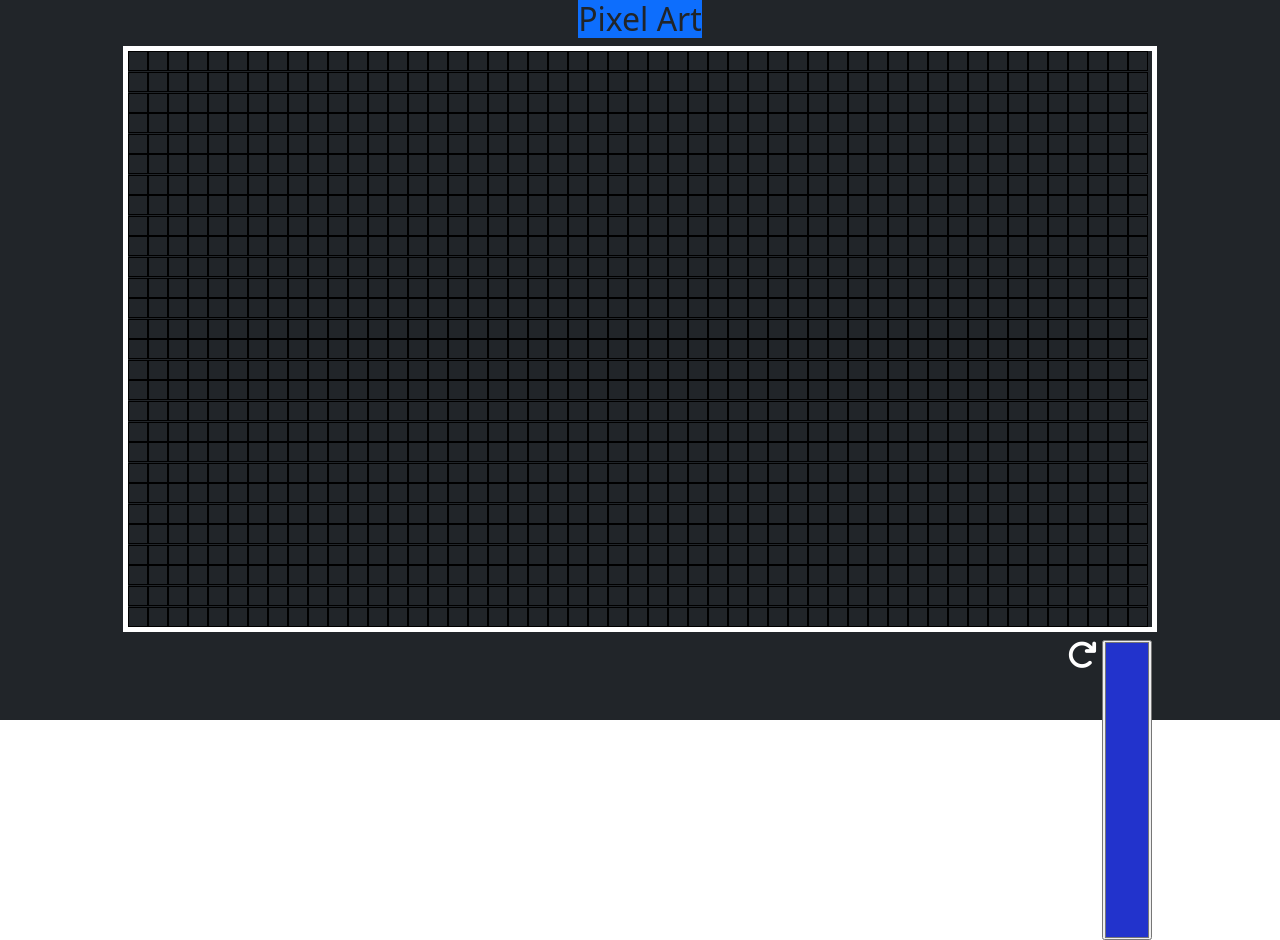
Repository: bechara611/pixelartdb
Page: /
The author's editor kept a copy of each file at every save. The page is drawn from the files as they stood at one save, then again after the next save.
The browser window is 1280 px wide. The pictures show the whole page.
Some web libraries are served in a nearby version. The project was rebuilt for these pictures with package versions that can differ from the ones it lists, and the page was loaded fresh each time. Also part of the build but not shown: vite.config.js.

Above is the page before, as saved 2023-03-07 14:13:32.

### index.html
<!DOCTYPE html>
<html lang="en">
  <head>
    <meta charset="UTF-8" />
    <link rel="icon" type="image/svg+xml" href="/vite.svg" />
    <meta name="viewport" content="width=device-width, initial-scale=1.0" />
    <title>Vite + React</title>

    <link rel="stylesheet" href="https://cdnjs.cloudflare.com/ajax/libs/font-awesome/6.3.0/css/all.min.css">
  </head>
  <body>
    <div id="root"></div>
    <script type="module" src="/src/main.jsx"></script>
  </body>
</html>

### src/main.jsx
import React from 'react'
import ReactDOM from 'react-dom/client'
import App from './App'
import 'bootstrap/dist/css/bootstrap.min.css'
import 'bootstrap/dist/js/bootstrap.bundle.js'

ReactDOM.createRoot(document.getElementById('root')).render(

    <App />

)

### src/App.jsx

import { useEffect, useState } from 'react'
import './App.css'
import { SelectableGroup } from 'react-selectable-fast'
import { Pixel } from './Pixel'

const App = () => {
  const [pixels, setPixels] = useState([])
  const [isSelecting, setIsSelecting] = useState(false)
  const [startIndex, setStartIndex] = useState(null)
  const [colorActual, setcolorActual] = useState('#2233cc')

  useEffect(() => {
    let contenedor = document.getElementById('contenedor')
    let divsAloAlto = Math.floor(contenedor.offsetHeight / 20)
    let divsAlOancho = Math.floor(contenedor.offsetWidth / 20);
    //para saber cuantos divs necesita un contenedor multiplica el numero de divs a lo alto * el numero de divds a lo ancho
    setPixels(Array.from({ length: divsAloAlto * divsAlOancho }, () => { return { active: false, color: colorActual } }))

  }, [])

  const funcionArray = (index) => {
    let nuevoArray = [...pixels]
    nuevoArray[index] = { active: true, color: colorActual }
    setPixels(nuevoArray)
  }

  useEffect(() => {
    //console.log({ pixels })
  }, [pixels])

  const onMouseDown = (index) => {
    setIsSelecting(true);
    setStartIndex(index)
    // console.log('onMouseDown')
  }


  const onMouseOver2 = (index) => {
    if (isSelecting) {
      const pixelsupdated = [...pixels]
      pixelsupdated[index] = { ...pixelsupdated[index], active: true, color: colorActual }

      setPixels(pixelsupdated)

    }
    // console.log('onMouseOver')
  }
  const onMouseUp2 = (index) => {
    setIsSelecting(false)

  }
  return (
    <>
      <div className="bg-dark fondo">
        <div className="col-12 contenedor-05 ">
          <div className="contenedor-mayor header">
            <h2 className='bg-primary'>Pixel Art</h2>

          </div>
        </div>
        <div className="contenedor-mayor ">
          <div className="contorno">
            <div className="contenedor " id='contenedor'>

              {

                pixels.map((a, index) => {
                  return <Pixel key={index}
                    color={a.color}
                    active={a.active}
                    funcion={() => funcionArray(index)}
                    onMouseDown={() => { onMouseDown(index) }}
                    onMouseUp={() => { onMouseUp2(index) }}
                    onMouseOver={() => { onMouseOver2(index) }}
                  ></Pixel>
                })

              }

            </div>
          </div>
        </div>
        <div className="col-12 contenedor-05  ">
          <div className="derecha mt-2">
          <i className="fa-solid fa-arrow-rotate-right  icono"></i>
            <input type="color" className='selector' value={colorActual}  onChange={(e) => { setcolorActual(e.target.value) }} />
          </div>
        </div>
      </div>
    </>
  )
}

export default App

### src/App.css
.fondo {
  height: 100vh;

}

.contorno {
  border: 5px solid white;
}

.contenedor-mayor {
  display: flex;
  flex-direction: row;
  justify-content: center;
  justify-self: center;
  align-items: center;

}

.contenedor-mayor2 {
  width: 80vw;
  align-self: center;
  display: flex;
  flex-direction: row;
  justify-content: space-between;
}

.contenedor-05 {
  display: flex;
  flex-direction: row;
  justify-content: center;
}

.derecha {
  width: 80vw;
  align-self: center;
  display: flex;
  flex-direction: row;
  justify-content: flex-end;
}

.pixel {
  width: 20px;
  height: 20px;
  border: 1px solid rgb(0, 0, 0);

  box-sizing: border-box;

}

.active {
  background: transparent;
}

.contenedor {

  display: flex;
  flex-direction: row;
  flex-wrap: wrap;
  width: 80vw;
  height: 80vh;
  max-width: 80vw;
  max-height: 80vh;
}

.icono {
  font-size: 30px;
  color: white;
  margin-right: 5px;
}

@keyframes rotar {
  from {
    transform: rotate(32deg);
  }

  to {
    transform: rotate(360deg);
  }
}

.icono:hover {
  color: rgb(171, 193, 216);
  cursor: pointer;
  animation-name: rotar;
  animation-duration: 1s;
  transition: all 1s ease;
  animation-iteration-count: infinite;
}

.selector{
  height: 300px;
}

### src/Pixel.jsx
import React, { useState } from 'react'
import './App.css'
import {selectableGroup, createSelectable} from 'react-selectable-fast'
export const Pixel = (props) => {
    const [isActive, setisActive] = useState(false)
  return (

 <div className={`pixel ${props.active ? 'active' : ''}`} style={{ background:props.active ? props.color : ''}}
 onClick={()=>{
    setisActive(!isActive)
    props.funcion();
}}
onMouseDown={()=>{props.onMouseDown()}}
onMouseUp={()=>{props.onMouseUp()}}
onTouchEnd={()=>{props.onMouseUp()}}
onMouseOver={()=>{props.onMouseOver()}}
onTouchStart={()=>{{
    props.onMouseDown()
    props.onMouseOver()}}}
 >

 </div>
  )
}

After the next save:
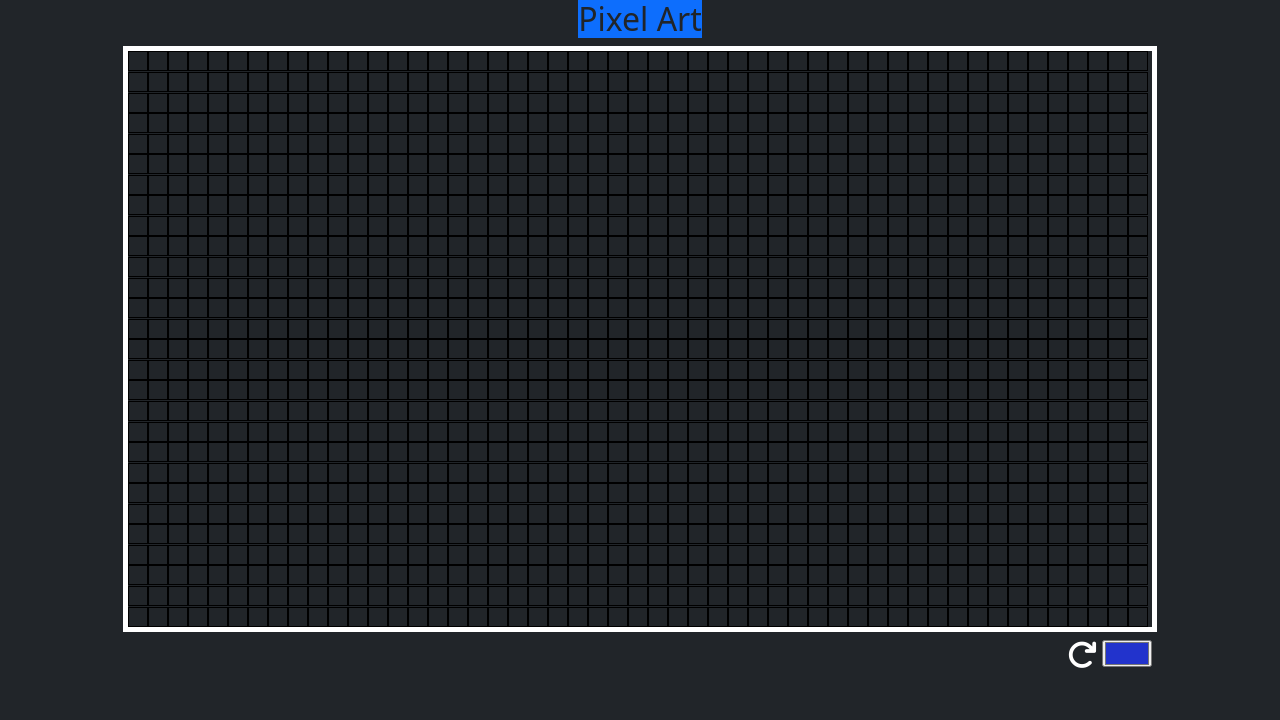
Saved 10 s later.
--- a/src/App.css
+++ b/src/App.css
@@ -88,5 +88,5 @@
 }
 
 .selector{
-  height: 300px;
+cursor: pointer;
 }
